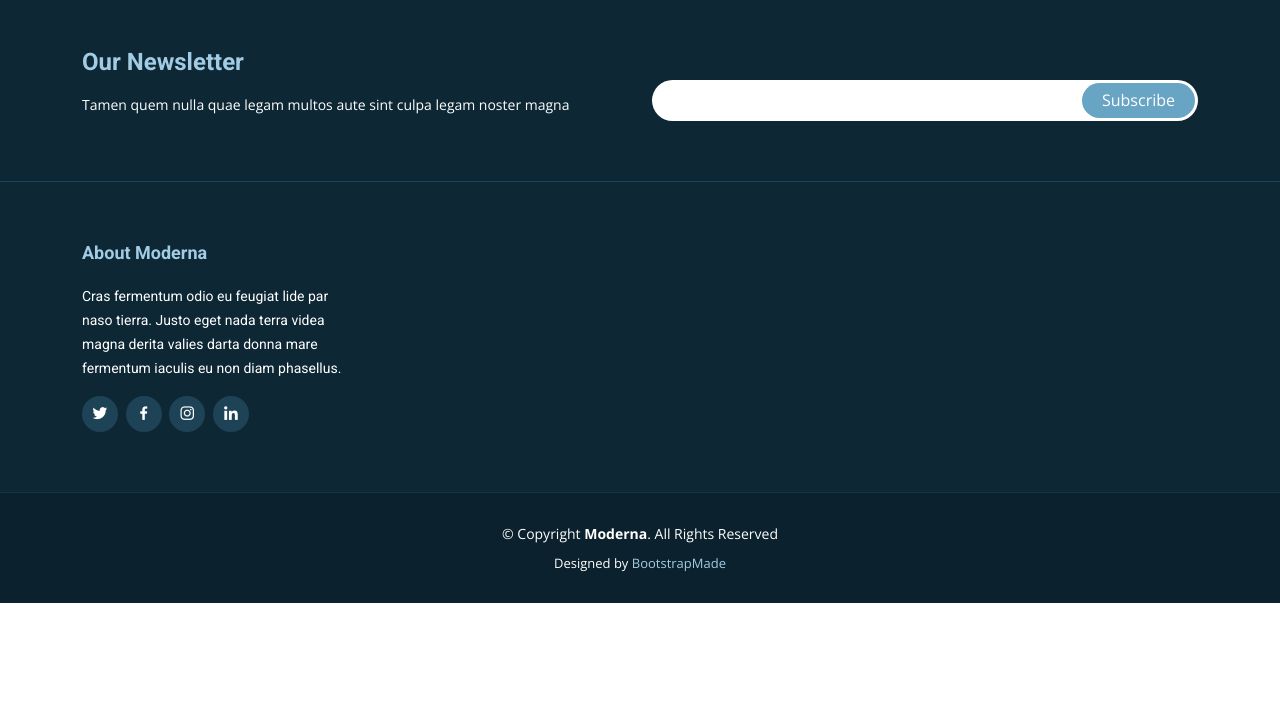
Repository: VachArt/Global-print
Page: contact.html
An editor plug-in stored every save of this project. The page is shown before and after the next save, followed by the edit.
The browser window is 1280 px wide. The pictures show the part of the page from y = 1054 to 1757 px (the page is 1757 px tall before and 1619 px after).

Above is the page before, as saved 2022-06-09 13:01:12.

After the next save:
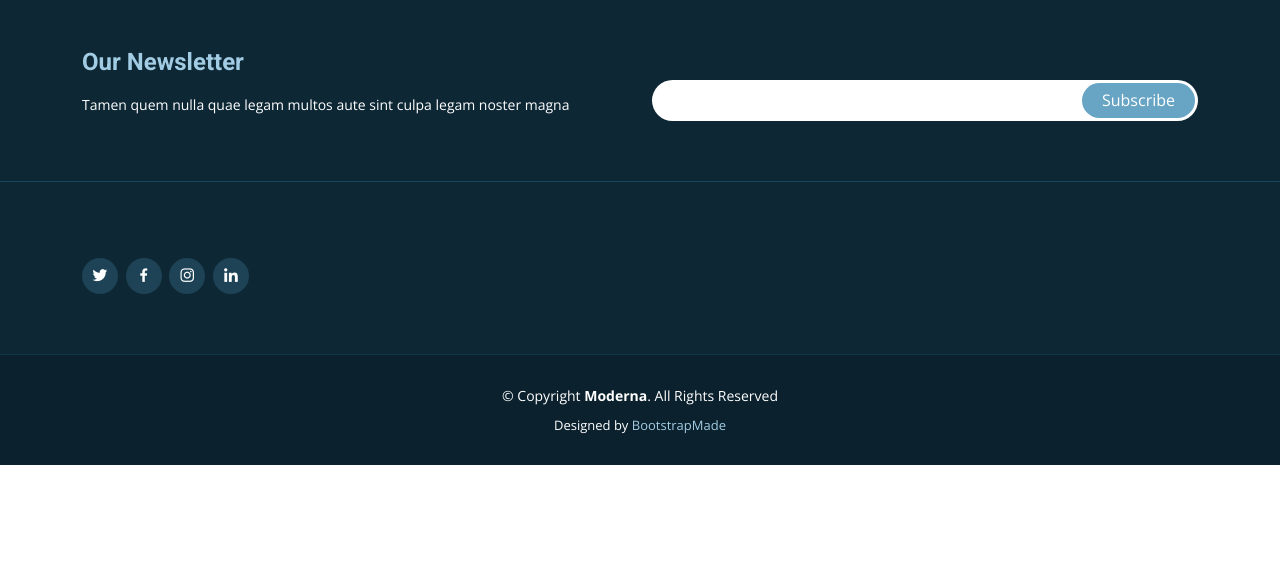
Saved 24 s later.
--- a/contact.html
+++ b/contact.html
@@ -142,8 +142,6 @@
       <div class="container">
         <div class="row">
           <div class="col-lg-3 col-md-6 footer-info">
-            <h3>About Moderna</h3>
-            <p>Cras fermentum odio eu feugiat lide par naso tierra. Justo eget nada terra videa magna derita valies darta donna mare fermentum iaculis eu non diam phasellus.</p>
             <div class="social-links mt-3">
               <a href="#" class="twitter"><i class="bx bxl-twitter"></i></a>
               <a href="#" class="facebook"><i class="bx bxl-facebook"></i></a>
